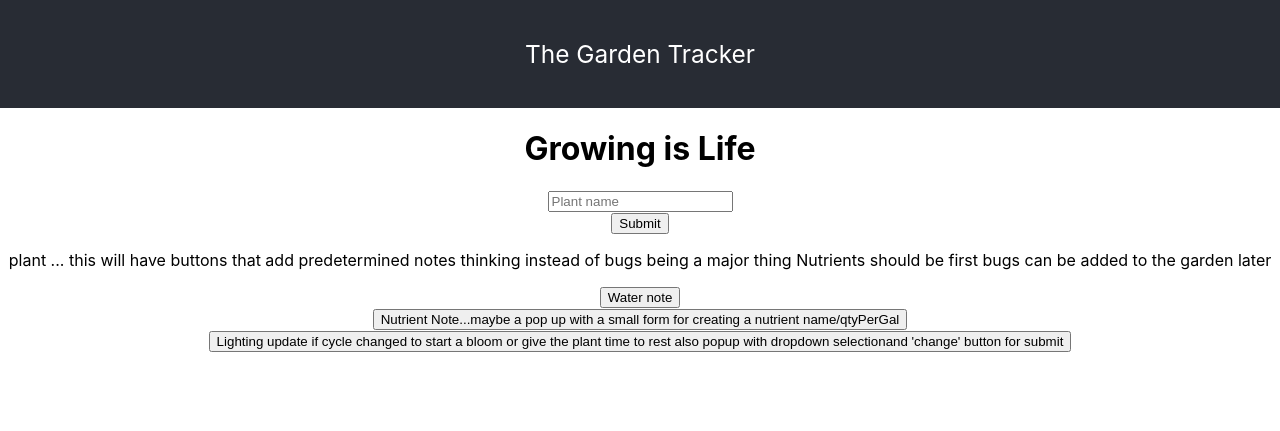
Repository: charliejp0311/gardentracker
Page: /harvest
These files come from the project's save history. The page is drawn as it stood at one moment and after the next save; the edit follows.
The browser window is 1280 px wide. The pictures show the whole page.
The project was rebuilt for these pictures with package versions that can differ from the ones it lists, and the page was loaded fresh each time.

Above is the page before, as saved 2020-10-28 08:40:39.

### public/index.html
<!DOCTYPE html>
<html lang="en">
  <head>
    <meta charset="utf-8" />
    <link rel="icon" href="%PUBLIC_URL%/sun-svgrepo-com.svg" />
    <meta name="viewport" content="width=device-width, initial-scale=1" />
    <meta name="theme-color" content="#000000" />
    <meta
      name="description"
      content="Web site created using create-react-app"
    />
    <link rel="apple-touch-icon" href="%PUBLIC_URL%/logo192.png" />
    <!--
      manifest.json provides metadata used when your web app is installed on a
      user's mobile device or desktop. See https://developers.google.com/web/fundamentals/web-app-manifest/
    -->
    <link rel="manifest" href="%PUBLIC_URL%/manifest.json" />
    <!--
      Notice the use of %PUBLIC_URL% in the tags above.
      It will be replaced with the URL of the `public` folder during the build.
      Only files inside the `public` folder can be referenced from the HTML.

      Unlike "/favicon.ico" or "favicon.ico", "%PUBLIC_URL%/favicon.ico" will
      work correctly both with client-side routing and a non-root public URL.
      Learn how to configure a non-root public URL by running `npm run build`.
    -->
    <title>Track Your Garden</title>
  </head>
  <body>
    <noscript>You need to enable JavaScript to run this app.</noscript>
    <div id="root"></div>
    <!--
      This HTML file is a template.
      If you open it directly in the browser, you will see an empty page.

      You can add webfonts, meta tags, or analytics to this file.
      The build step will place the bundled scripts into the <body> tag.

      To begin the development, run `npm start` or `yarn start`.
      To create a production bundle, use `npm run build` or `yarn build`.
    -->
  </body>
</html>

### src/index.js
import React from 'react';
import ReactDOM from 'react-dom';
import './index.css';
import App from './App';
import reportWebVitals from './reportWebVitals';
import reducer from './reducers/index'
import { Provider } from  'react-redux';
import { applyMiddleware, createStore } from 'redux';
import thunk from 'redux-thunk';

let store = createStore(reducer,applyMiddleware(thunk))

ReactDOM.render(
  <Provider store={store}>
    <App />
  </Provider>,
  document.getElementById('root')
);

// If you want to start measuring performance in your app, pass a function
// to log results (for example: reportWebVitals(console.log))
// or send to an analytics endpoint. Learn more: https://bit.ly/CRA-vitals
reportWebVitals();

### src/App.js
import './App.css';
import CreateGarden from './components/CreateGarden'

function App() {
  return (
    <div className="App">
      <header className="App-header">
        The Garden Tracker
      </header>
        <CreateGarden />
    </div>
  );
}

export default App;

### src/reducers/index.js
import { combineReducers } from 'redux';
import garden from './GardenReducer'

export default combineReducers({
    garden
})

### src/components/CreateGarden.js
import React, {Component} from 'react';
import { connect } from 'react-redux';
import Garden from './Garden';


class CreateGarden extends Component{

    state = {
        plants: [],
        notes: [],
        nutrients: []
    }

    render(){
        return(
            <div>
                <Garden
                plants={this.state.plants}
                notes={this.state.notes}
                bugs={this.state.nutrients} />
            </div>
        )
    };
};



export default connect()(CreateGarden);

### src/reducers/GardenReducer.js
export default function garden (state = {
    plants: []
},action){
    switch (action.type) {
        case 'ADD_GARDEN':

            break;
        case 'REMOVE_GARDEN':

            break;

        default:
            return state;
    }
};

### src/components/Garden.js
import React, {Component} from 'react';
import CreatePlant from './CreatePlant';
import Plant from './Plant';
import {connect} from 'react-redux';


class Garden extends Component{

    state = {
        plants: [],
    }

    render(){
        // let allPlants = this.state.plants.map(plant=>{return(
        //     <Plant key={plant.id} plant={plant} notes={this.props.notes} nutrients={this.props.nutrients} />
        // )})
        return(
            <div className='garden-container' >
                <h1>Growing is Life</h1>
                <CreatePlant  />
                <Plant notes={this.props.notes} nutrients={this.props.nutrients}/>
                {/* {allPlants} */}
            </div>
        )
    }
}
const mapStateToProps=state=>{
    return{
        plants: state.plants,
        notes: state.notes,
        nutrients: state.nutrients
    }
}

export default connect(mapStateToProps)(Garden);

### src/components/CreatePlant.js
import React from 'react';

export default function CreatePlant(props){
    return(
        <form onSubmit={props.handleSubmit}>
            <input type='text' onChange={props.handleChange} value={props.state} placeholder='Plant name'/><br/>
            <input type='submit'/>
        </form>
    )
}

### src/components/Plant.js
import { Component } from "react";

class Plant extends Component {
    state = {
        notes: [],
        nutrients: []
    }

    render(){
        return(
            <div>
                <p>plant ... this will have buttons that add predetermined
                   notes thinking instead of bugs being a major thing Nutrients
                   should be first bugs can be added to the garden later
                </p>
                {/* all buttons need to call add note but with individual types the type will determine the action taken */}
                <button>Water note</button><br/>
                <button>Nutrient Note...maybe a pop up with a small form for creating a nutrient name/qtyPerGal</button><br/>
                <button>Lighting update if cycle changed to start a bloom or give the plant time to rest also popup with dropdown selectionand 'change' button for submit</button><br/>

            </div>
        )
    }
}

export default Plant;

Loaded but not shown: src/index.css (common file); src/reportWebVitals.js (common file); src/App.css (common file)

After the next save:
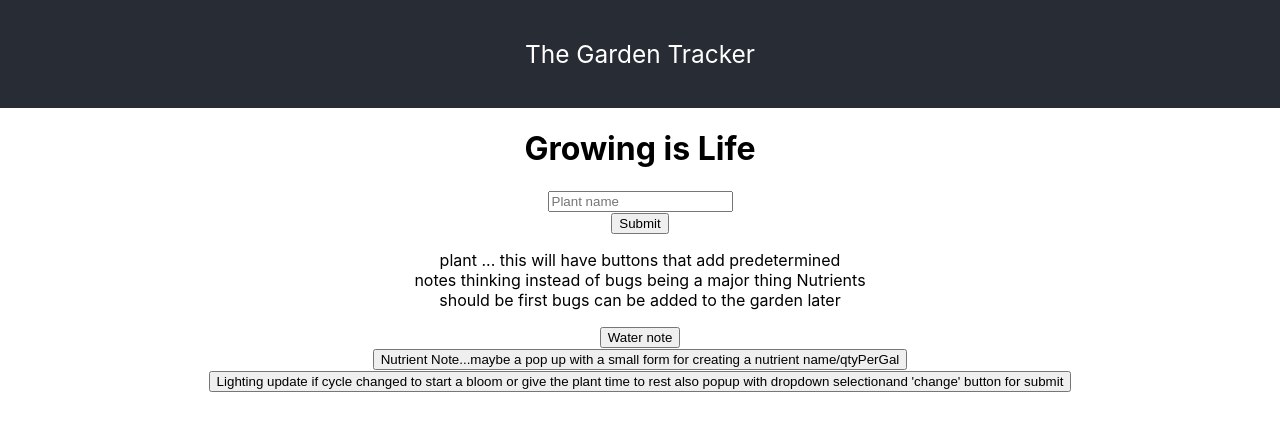
Saved 22 s later.
--- a/src/components/Plant.js
+++ b/src/components/Plant.js
@@ -9,9 +9,9 @@ class Plant extends Component {
     render(){
         return(
             <div>
-                <p>plant ... this will have buttons that add predetermined
-                   notes thinking instead of bugs being a major thing Nutrients
-                   should be first bugs can be added to the garden later
+                <p>plant ... this will have buttons that add predetermined <br/>
+                   notes thinking instead of bugs being a major thing Nutrients <br/>
+                   should be first bugs can be added to the garden later<br/>
                 </p>
                 {/* all buttons need to call add note but with individual types the type will determine the action taken */}
                 <button>Water note</button><br/>
